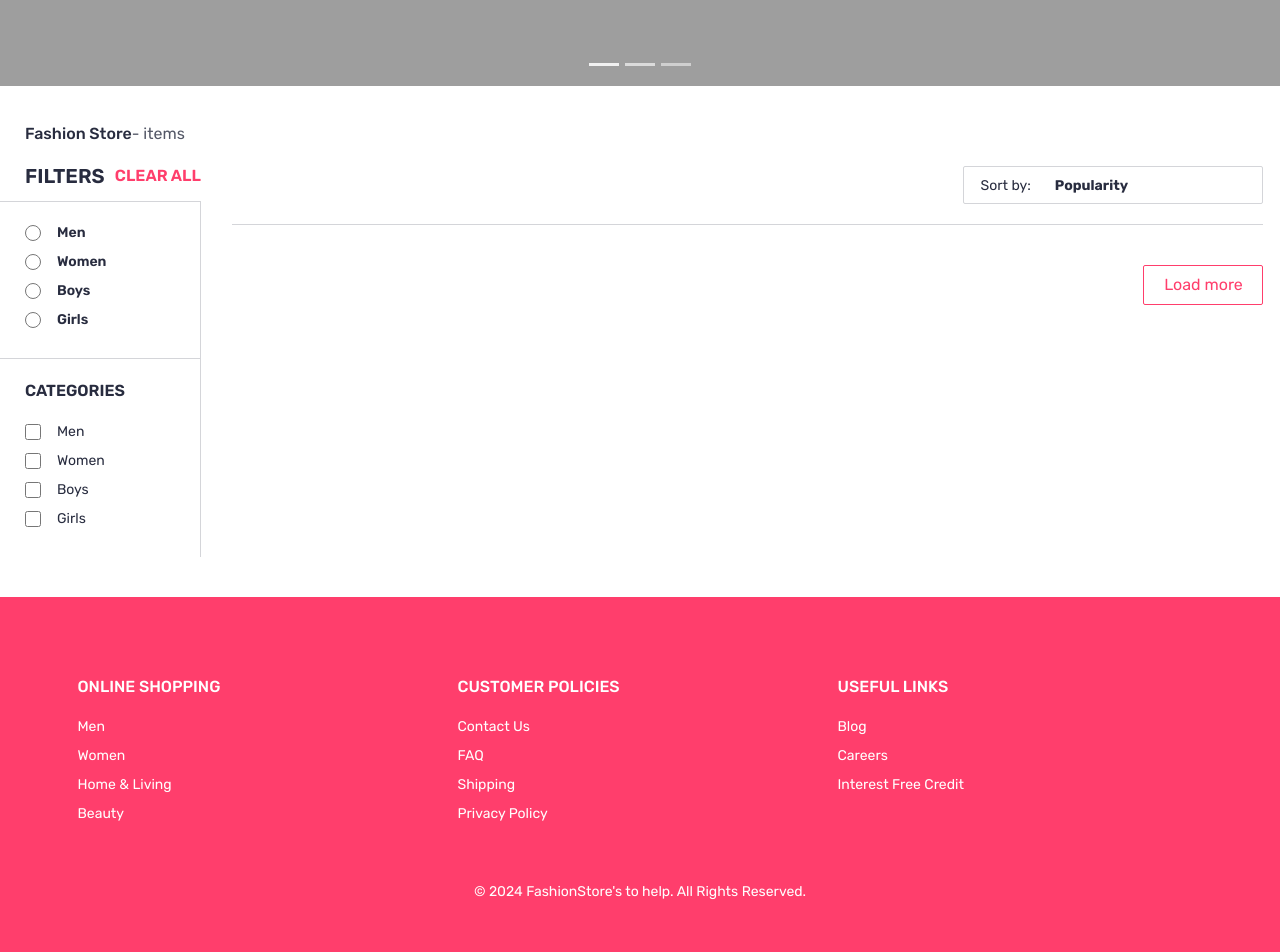
Repository: litaiqiang1407/Khanh-FashionStore
Page: /
The author's editor kept a copy of each file at every save. The page is drawn from the files as they stood at one save, then again after the next save.
The browser window is 1280 px wide. The page is 1288 px wide, so the pictures cover 1288 px, including what lies to the right of the window. The pictures show the part of the page from y = 994 to 1946 px (the page is 1946 px tall).
Pictures or frames that could not be fetched are drawn as grey boxes. The page's requests for data from a server got no answer. The project was rebuilt for these pictures with package versions that can differ from the ones it lists, and the page was loaded fresh each time. No one was signed in, and anything a server would have sent is missing.

Above is the page before, as saved 2024-04-14 10:53:36.

After the next save:
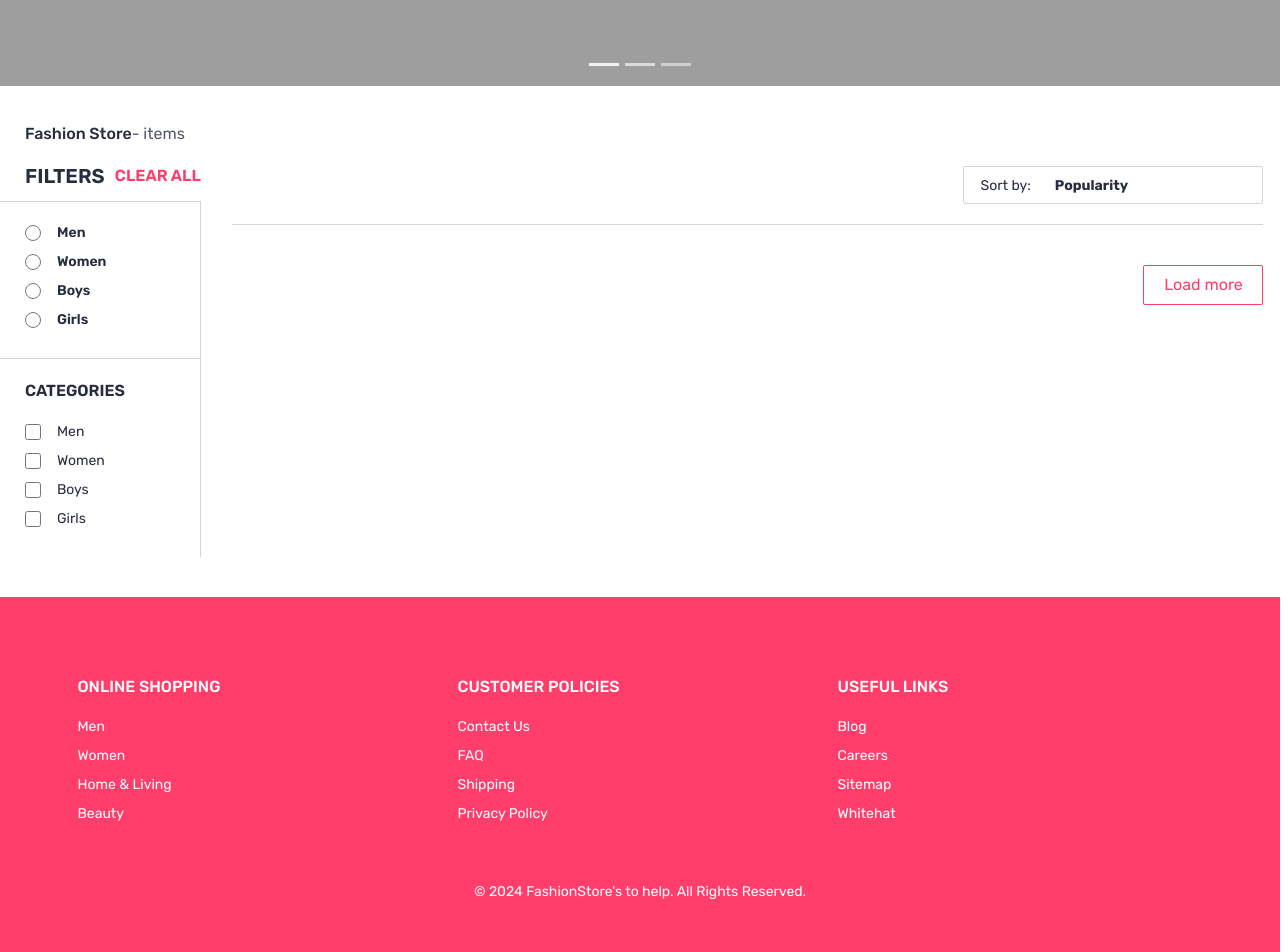
Saved 24 s later.
--- a/src/components/Layout/Components/Footer/index.js
+++ b/src/components/Layout/Components/Footer/index.js
@@ -73,7 +73,12 @@ function Footer() {
               </li>
               <li className={cx("footer-item")}>
                 <a href="/" className={cx("footer-link")}>
-                  Interest Free Credit
+                  Sitemap
+                </a>
+              </li>
+              <li className={cx("footer-item")}>
+                <a href="/" className={cx("footer-link")}>
+                  Whitehat
                 </a>
               </li>
             </ul>
